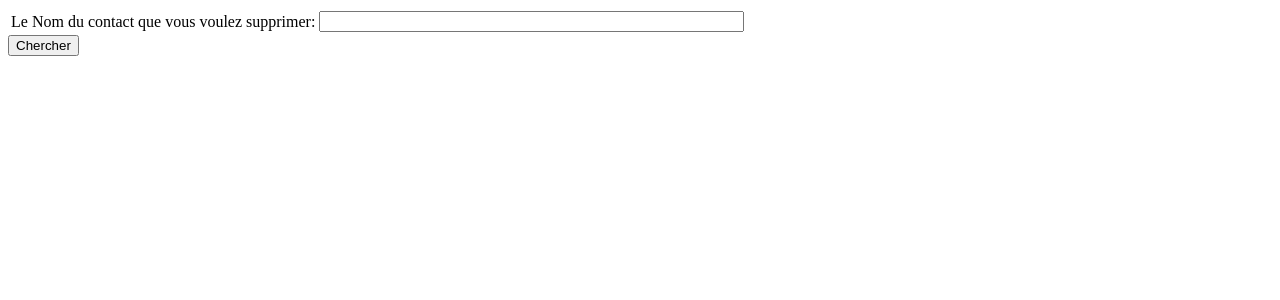
Repository: SenhajiMahmoud/testContact-Appartoo
Page: carnetAdresse/ChercherContact.html
An editor plug-in stored every save of this project. The page is shown before and after the next save, followed by the edit.
The browser window is 1280 px wide. The pictures show the whole page.

Above is the page before, as saved 2016-05-16 15:23:44.

After the next save:
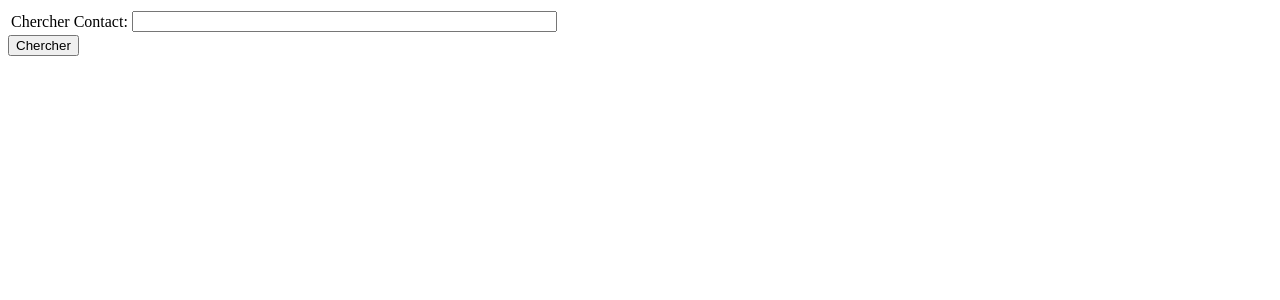
Saved 51 s later.
--- a/carnetAdresse/ChercherContact.html
+++ b/carnetAdresse/ChercherContact.html
@@ -4,7 +4,7 @@
 	<form action="ChercherContact.php" method="post">
 		<table>
 			<tr>
-				<td>Le Nom du contact que vous voulez supprimer:</td>
+				<td>Chercher Contact:</td>
 				<td> <input type="text" name="nom" size="50"/> </td>
 			</tr>
 		</table>
